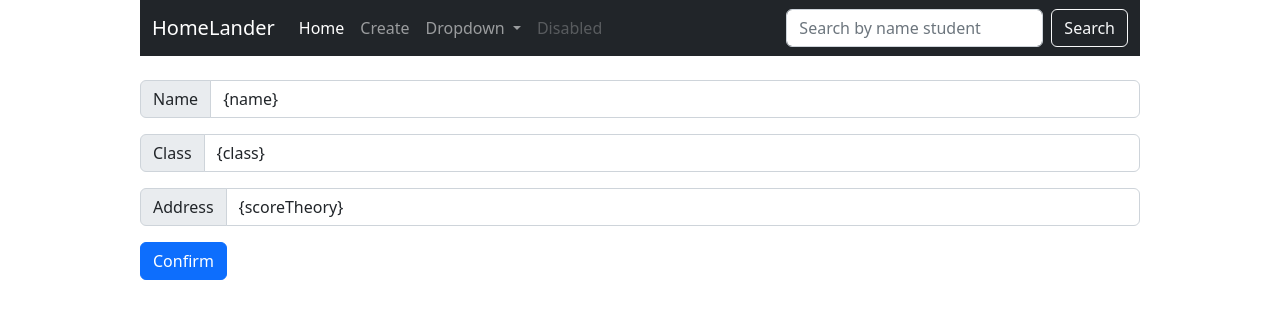
Repository: nguyenhung50497/MD3_thiThucHanh
Page: src/views/edit.html
These files come from the project's save history. The page is drawn as it stood at one moment and after a run of saves; the edit follows.
The browser window is 1280 px wide. The pictures show the whole page.

Above is the page before, as saved 2023-01-05 09:16:41.

After the next 2 saves:
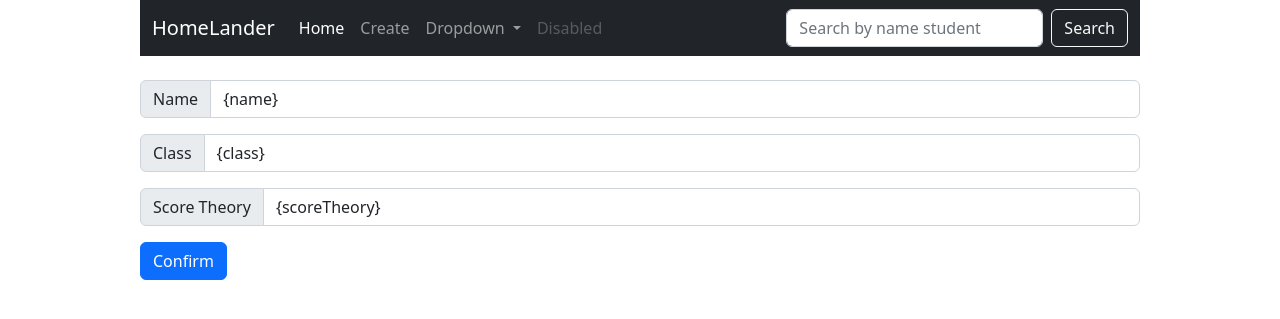
The 2 saves are shown as one change because they came seconds apart.
The last was saved 7 s later.
--- a/src/views/edit.html
+++ b/src/views/edit.html
@@ -55,7 +55,7 @@
           <input type="text" name="age" value="{class}" class="form-control" aria-label="Sizing example input" aria-describedby="inputGroup-sizing-default">
         </div>
         <div class="input-group mb-3">
-          <span class="input-group-text" id="inputGroup-sizing-default">Address</span>
+          <span class="input-group-text" id="inputGroup-sizing-default">Score Theory</span>
           <input type="text" name="address" value="{scoreTheory}" class="form-control" aria-label="Sizing example input" aria-describedby="inputGroup-sizing-default">
         </div>
         <!-- <div class="input-group mb-3">
